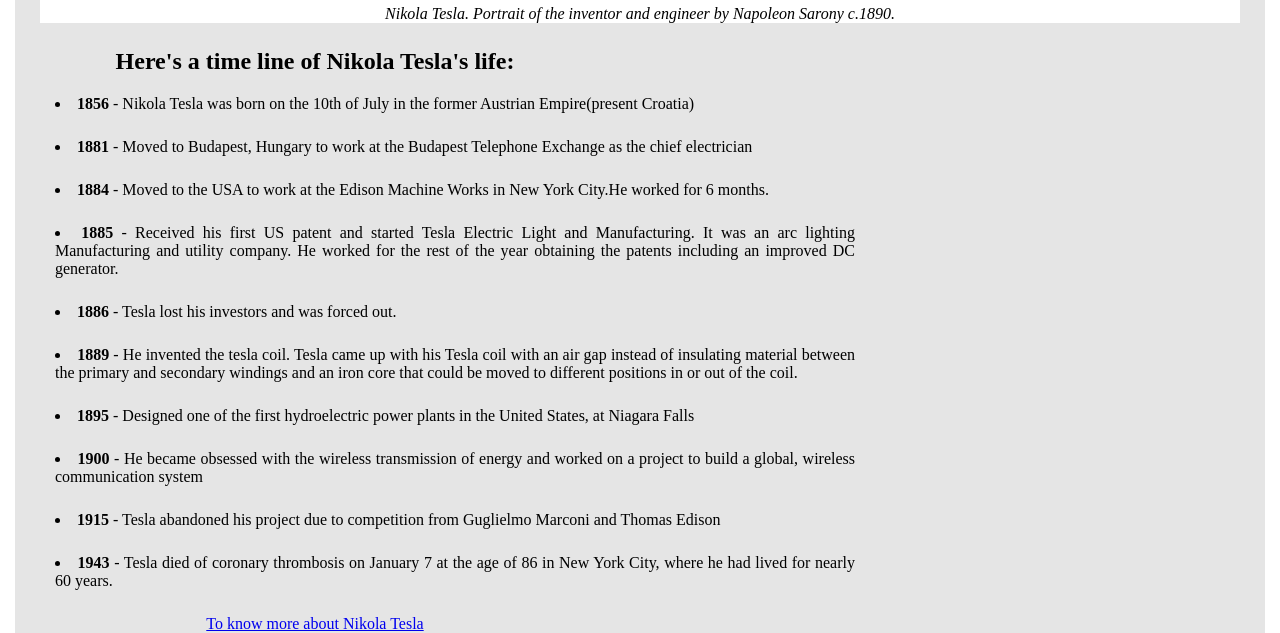
Repository: Avishka217/Tribute-Page
Page: index.html
These files come from the project's save history. The page is drawn as it stood at one moment and after the next save; the edit follows.
The browser window is 1280 px wide. The pictures show the part of the page from y = 576 to 1209 px (the page is 1209 px tall).
A picture or video elsewhere on the page could not be fetched, so the positions and the page height are approximate.

Above is the page before, as saved 2020-03-18 19:55:23.

### index.html
<!DOCTYPE html>
<html>

<head>
    <link rel="stylesheet" href="styles.css">
    <link href="https://fonts.googleapis.com/css?family=Libre+Baskerville&display=swap" rel="stylesheet">
    <title>Nikola Tesla | Tribute Page</title>
</head>

<body>
    <div id="header">
        <script src="https://cdn.freecodecamp.org/testable-projects-fcc/v1/bundle.js"></script>
    </div>
    <main id="main">
        <div id="title-content">
            <h1 id="title">NIKOLA TESLA</h1>
            <p>The genius who lit the world</p>
        </div>
        <div id="main-content">
            <figure id="img-div">
                <center><img id="image" src="https://www.hands-free.co.uk/wp-content/uploads/2018/06/nikola-tesla.jpg">
                </center>
                <figcaption id="img-caption">Nikola Tesla. Portrait of the inventor and engineer by Napoleon Sarony
                    c.1890.</figcaption>
            </figure>

        </div>
        <div id="tribute-info">
            <h2>Here's a time line of Nikola Tesla's life:</h2>

            <ul id="lists">
                <li><b>1856</b> - Nikola Tesla was born on the 10th of July in the former Austrian Empire(present
                    Croatia)</li>
                <li><b>1881</b> - Moved to Budapest, Hungary to work at the Budapest Telephone Exchange as the chief
                    electrician</li>
                <li><b>1884</b> - Moved to the USA to work at the Edison Machine Works in New York City.He worked for 6
                    months.
                </li>
                <li><b>1885</b> - Received his first US patent and started Tesla Electric Light and Manufacturing. It
                    was an arc lighting Manufacturing
                    and utility company. He worked for the rest of the year obtaining the patents including an improved
                    DC generator.</li>
                <li><b>1886</b> - Tesla lost his investors and was forced out.</li>
                <li><b>1889</b> - He invented the tesla coil. Tesla came up with his Tesla coil with an air gap instead
                    of insulating material between the primary and secondary windings and an iron core that could be
                    moved to different positions in or out of the coil.</li>

                <li><b>1895</b> - Designed one of the first hydroelectric power plants in the United States, at Niagara
                    Falls</li>
                <li><b>1900</b> - He became obsessed with the wireless transmission of energy and worked on a project to
                    build a global, wireless communication system</li>
                <li><b>1915</b> - Tesla abandoned his project due to competition from Guglielmo Marconi and Thomas
                    Edison</li>
                <li><b>1943</b> - Tesla died of coronary thrombosis on January 7 at the age of 86 in New York City,
                    where he had lived for nearly 60 years. </li>
            </ul>
            <a id="tribute-link" target="_blank" href="https://en.wikipedia.org/wiki/Nikola_Tesla">To know more about
                Nikola Tesla</a>
        </div>
    </main>

</body>

</html>

### styles.css
body{
  overflow-x: hidden;
  margin: 0 auto;
  width: 100%;
}
#header{
width: 100%;
  background-color:hsl(240, 80%, 8%);
  height: 60px;


}

#main{
  display: block;

  position: absolute;
  right: 0;
  left: 0;
  margin: 0px 15px;
  padding-top: 10px;
  background-color: rgb(0, 0, 0, 0.1);
  text-align: center;

}

#title-content{
  padding-top:  25px;
  text-align: center;
}
#title-content p{
  font-family: Helvetica, sans-serif
}
#main-content{
  padding-top: 30px;
  margin: 25px;
  background-color:white;
}

#title{
  position: relative;
  font-family:'Libre Baskerville', serif;
  font-size: 30px;
  text-align: center;
  margin-top: 15px;;

}


#image{
  display: block;
  max-width: 100%;
  height: auto;
  margin-bottom: 25px;

}
@media(min-width: 525px){
  #image{
    width:400px;
  }
}

#img-caption{
  text-align: center;
  font-style: italic;
}



#tribute-info{


  width: 600px;
  position: relative;
  text-align: center;
  list-style-position: inside;



}

#tribute-info ul{
display: block;
  padding-right: 10px;;
  width:800px;
  margin: auto;
  text-align: justify;

}
@media(max-width: 800px){
  #tribute-info  ul{
    width:auto;
  }
}
#tribute-info  li{


  margin-bottom: 25px;
}

After the next save:
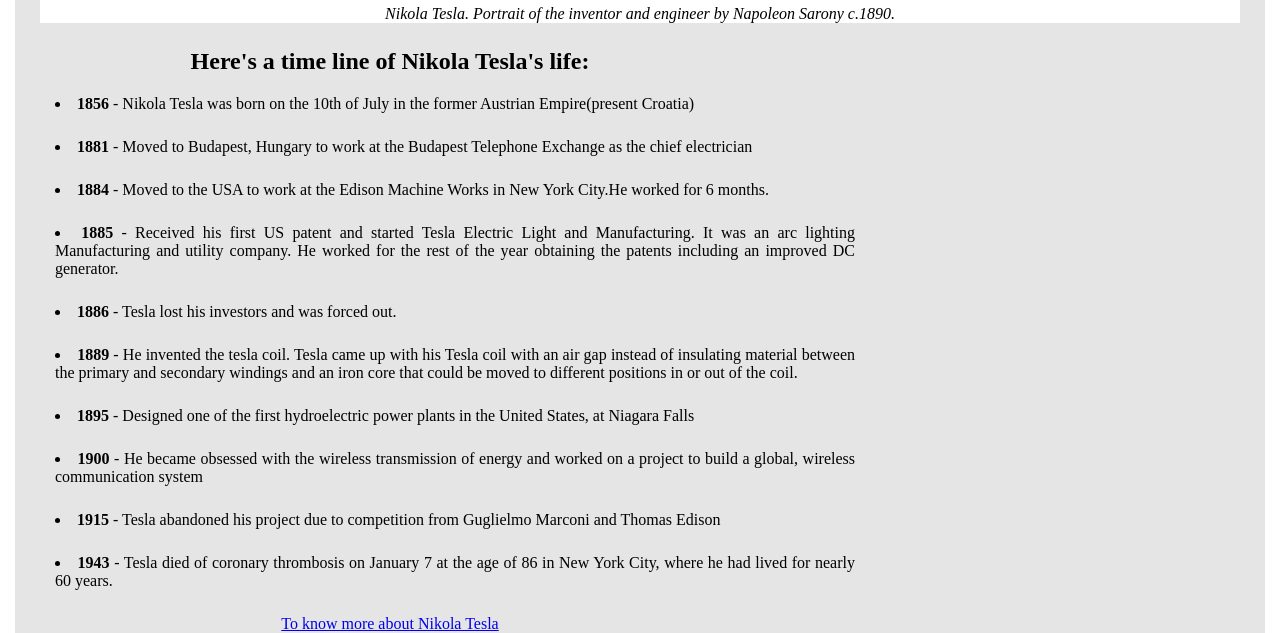
Saved 11 s later.
--- a/styles.css
+++ b/styles.css
@@ -69,8 +69,8 @@
 
 #tribute-info{
 
-
-  width: 600px;
+  display: block;
+  width: 60%;
   position: relative;
   text-align: center;
   list-style-position: inside;
